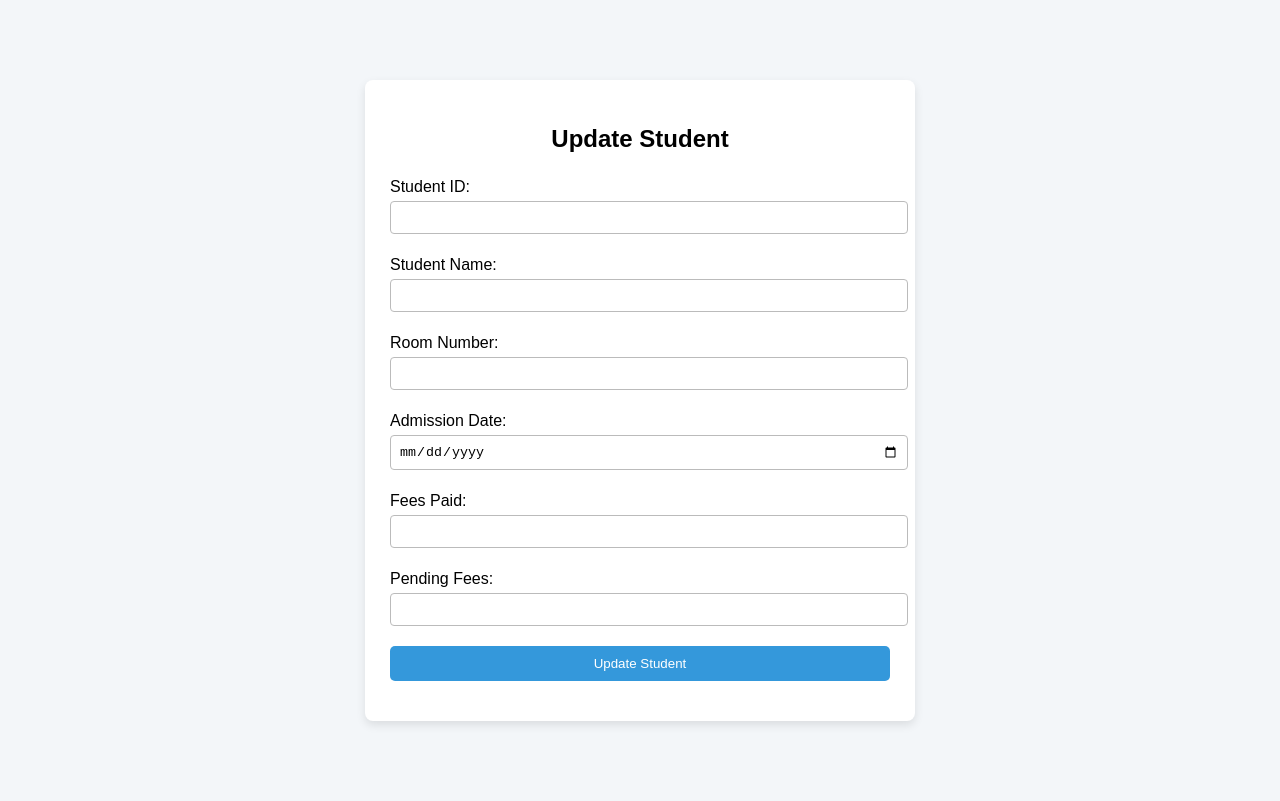
Repository: Adhyashetty-bit/Hostel-Management-System
Page: http://localhost/HostelWebApp/studentupdate.jsp
The author's editor kept a copy of each file at every save. The page is drawn from the files as they stood at one save, then again after the next save.
The browser window is 1280 px wide. The pictures show the whole page.
The page is served by Tomcat 9.

Above is the page before, as saved 2025-05-28 06:15:45.

After the next save:
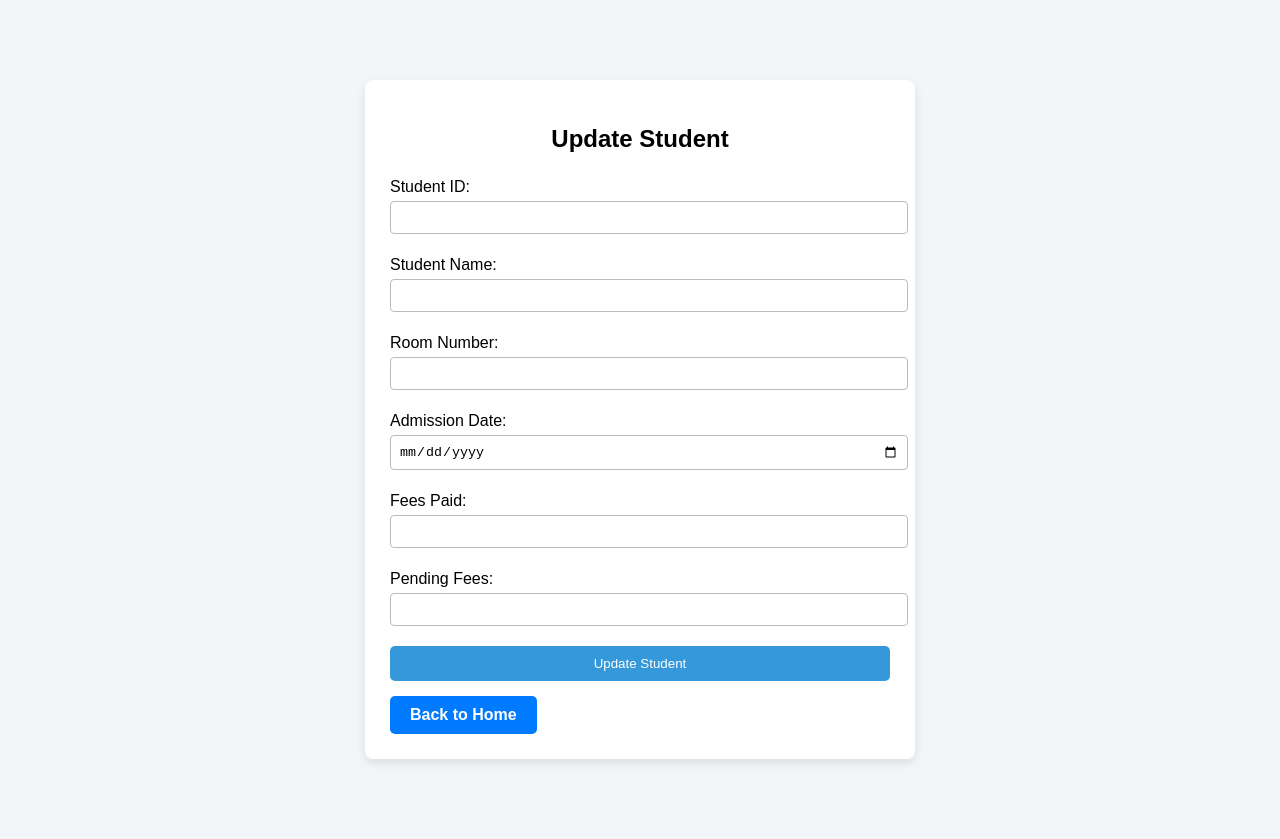
Saved 62 s later.
--- a/HostelWebApp/src/main/webapp/studentupdate.jsp
+++ b/HostelWebApp/src/main/webapp/studentupdate.jsp
@@ -96,6 +96,8 @@
             }
         %>
     </div>
+    <a href="index.jsp" style="display:inline-block; padding:10px 20px; background-color:#007bff; color:white; text-decoration:none; border-radius:5px; font-size:16px; font-weight:bold;">Back to Home</a>
+
 </div>
 </body>
 </html>
